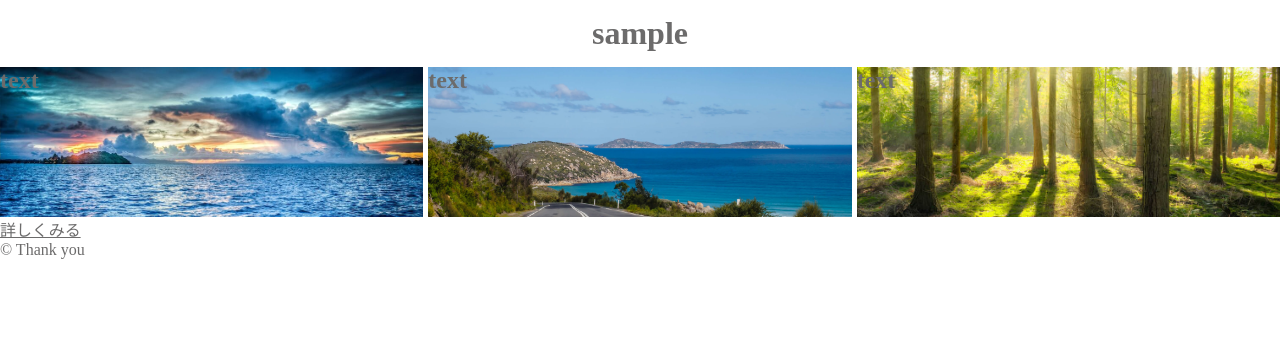
Repository: HayatoTakaha/bookers2-debug
Page: prototype-2/index.html
The author's editor kept a record of every edit. The page is drawn from the files as they stood at one moment, then again after the next edit.
The browser window is 1280 px wide. The pictures show the whole page.
Some web libraries are served in a nearby version.

Above is the page before.

### prototype-2/index.html
<!DOCTYPE HTML>
<html lang="ja">
  <head>
    <meta charset="UTF-8"/>
    <meta name="viewport" content="width=device-width,initial-sca    <le=1.0">
    <script src="https://kit.fontawesome.com/96781c3f85.js" crossorigin="anonymous"></script>
    <title>prototype-2</title>

    <link rel="stylesheet" href="style.css"/>
  </head>

  <body>
  <!--header-->
  <header>
    <h1>sample</h1>
  </header>
  <!--navigation-->
  <div class="nav">
   <div class="box1">
    <h2>text</h2>
   </div>

   <div class="box2">
    <h2>text</h2>
   </div>
   <div class="box3">
    <h2>text</h2>
   </div>
   </div>
  <!--main-visual-->
  <!-- main-->
  <main>
    <section class="ex2">
     <a class="btn" href="">
         <div class="txt">詳しくみる</div>
         <div class="icon"></div>
     </a>
    </section>
  </main>
  <!--footer-->
  <footer>
   <p class="footer-text">© Thank you</p>
  </footer>

  </body>
</html>

### prototype-2/style.css
*{
  margin: 0;
  padding: 0;
  box-sizing: border-box;
  color: #6c6b6b;
}
header{
  position: relative;
  width: 90%;
  padding: 15px 0 ;
  margin: 0 auto;
  text-align: center;
}
.nav{
  display: flex;
  justify-content: center;
}
.box1{
  width:100%;
  height: 150px;
   background-image: url(img/mv.jpg);
  background-size: cover;
  background-position: center;
  margin-right: 5px;
}
.box2{
  width:100%;
  height: 150px;
   background-image: url(img/road.jpg);
  background-size: cover;
  background-position: center;
   margin-right: 5px;
}
.box3{
  width:100%;
  height: 150px;
  background-image: url(img/forest.jpg);
  background-size: cover;
  background-position: center;
}
.ex1 .head{
  font-size: 38px;
  font-weight: bold;
  display: inline-block;
  position: relative;
  text-align: center;
   margin: 0 auto;
}
.ex1 .head:before{
  content: '';
  display: block;
  width: 80px;
  height: 2px;
  background-color: #EF1548;
  position: absolute;
  top: 27px;
  left: -100px;
}
.ex1 .head:after{
  content: '';
  display: block;
  width: 80px;
  height: 2px;
  background-color: #EF1548;
  position: absolute;
  top: 27px;
  right: -100px;
}

After the next edit:
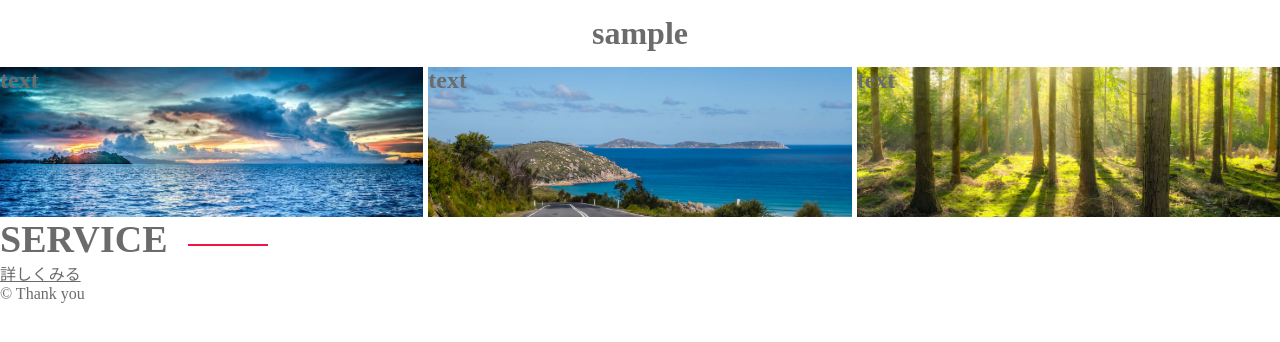
The edit:
--- a/prototype-2/index.html
+++ b/prototype-2/index.html
@@ -30,6 +30,9 @@
   <!--main-visual-->
   <!-- main-->
   <main>
+      <section class="ex1">
+       <div class="head">SERVICE</div>
+      </section>
     <section class="ex2">
      <a class="btn" href="">
          <div class="txt">詳しくみる</div>
